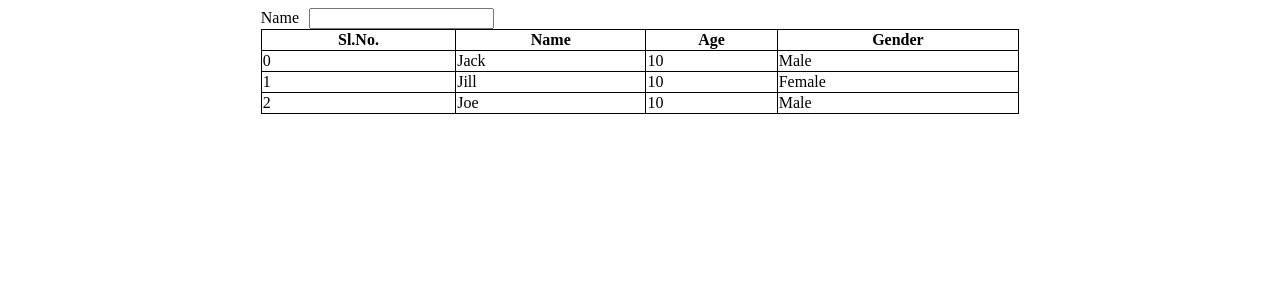
Repository: tysonpaul89/vue-student-crud
Page: /
These files come from the project's save history. The page is drawn as it stood at one moment and after the next save; the edit follows.
The browser window is 1280 px wide. The pictures show the whole page.
The project was rebuilt for these pictures with package versions that can differ from the ones it lists, and the page was loaded fresh each time.

Above is the page before, as saved 2020-04-10 17:22:09.

After the next save:
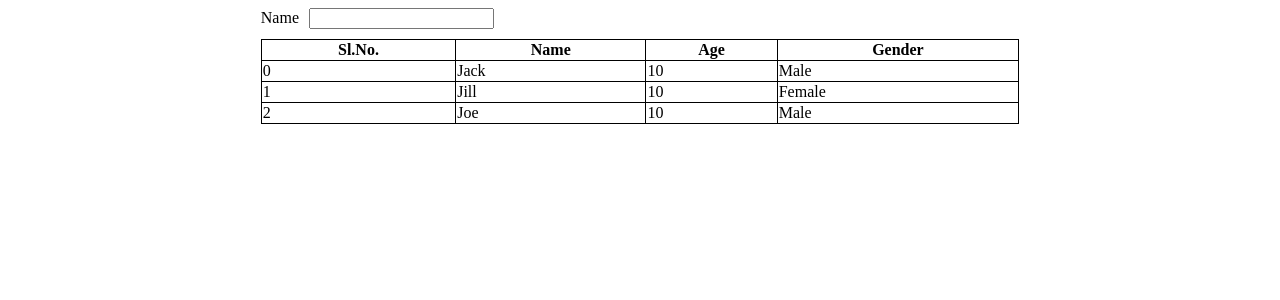
Saved 20 s later.
--- a/src/components/StudentForm.vue
+++ b/src/components/StudentForm.vue
@@ -27,10 +27,10 @@ export default {
   .form-group {
     width: 60%;
     margin: 0 auto;
+    margin-bottom: 10px;
   }
 
   .form-group label {
     margin-right: 10px;
-    margin-bottom: 10px;
   }
 </style>
